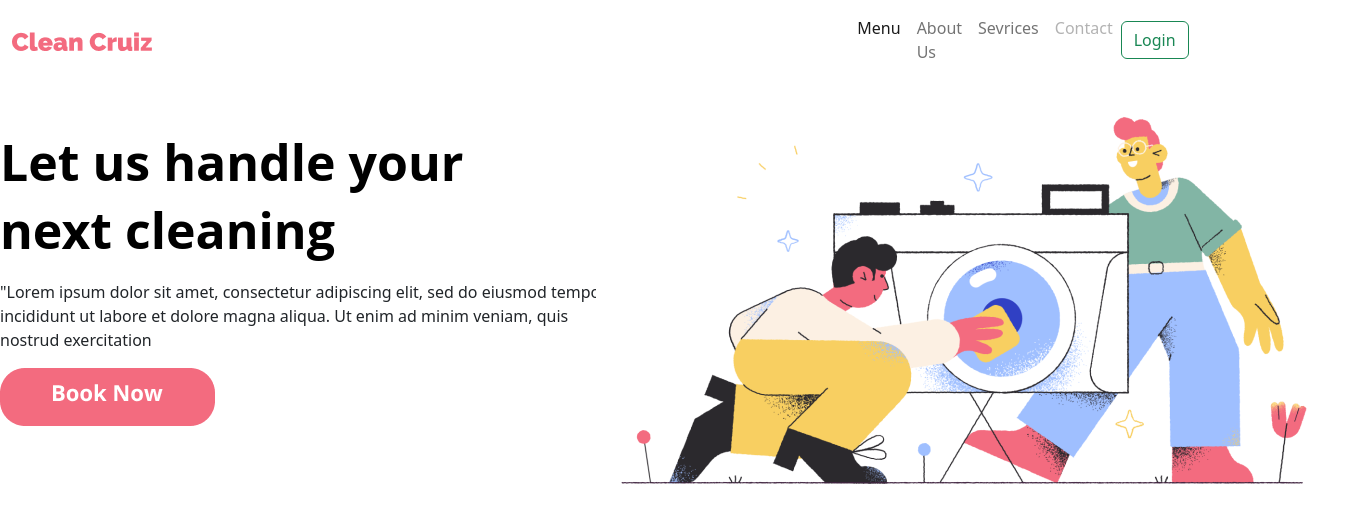
Repository: uy022/QuocUybaitapgiuaki
Page: index.html
An editor plug-in stored every save of this project. The page is shown before and after the next save, followed by the edit.
The browser window is 1280 px wide. The page is 1367 px wide, so the pictures cover 1367 px, including what lies to the right of the window. The pictures show the whole page.

Above is the page before, as saved 2022-08-30 23:23:58.

### index.html
<!DOCTYPE html>
<html>
    <head>
        <title> Bài tập giữa kỳ </title>
        <link href="node_modules/bootstrap/dist/css/bootstrap.min.css" rel="stylesheet" />
       <link rel="stylesheet" href="./css/style1.css">
    </head>
    <body>

        <div class="menu">
            <nav class="navbar navbar-expand-lg menu1">
                <div class="container-fluid">
                  <div class="col-md-8 logo">
                    <img src="./imgs/Clean Cruiz LOGO 1.png" alt="">
                  </div>
                  <button class="navbar-toggler" type="button" data-bs-toggle="collapse" data-bs-target="#navbarSupportedContent" aria-controls="navbarSupportedContent" aria-expanded="false" aria-label="Toggle navigation">
                    <span class="navbar-toggler-icon"></span>
                  </button>
                  <div class="collapse navbar-collapse" id="navbarSupportedContent">
                    <ul class="navbar-nav me-auto  mb-2 mb-lg-0">
                      <li class="nav-item">
                        <a class="nav-link active" aria-current="page" href="#">Menu</a>
                      </li>
                      <li class="nav-item">
                        <a class="nav-link" href="#">About Us</a>
                      </li>
                      <li class="nav-item">
                        <a class="nav-link" href="#">Sevrices</a>
                      </li>
                      <li class="nav-item">
                        <a class="nav-link disabled">Contact</a>
                      </li>
                    </ul>
                    <form class="d-flex col-5" >
                      <button class="btn btn-outline-success" type="submit">Login</button>
                    </form>
                  </div>
                </div>
              </nav>
        </div>


        <div class="content">
          <div class=" container1">
              <div class="title mt-5">
                <p>Let us handle your <br> next cleaning</p>
              </div>
              <div class="row">
                  <div class="col-6">
                      <div class="item">
                          <p>
                            "Lorem ipsum dolor sit amet, consectetur adipiscing elit, sed do eiusmod tempor incididunt ut labore et dolore magna aliqua. Ut enim ad minim veniam, quis nostrud exercitation
                          </p>
                          <div class="md-5">
                           <img src="./imgs/Book now.png" alt="">
                          </div>
                      </div>
                    </div>

                 <div class = "col-6">
                    <div class="anh" >
                        <img src="./imgs/Illustration 1 1.png" >
                    </div>
                 </div>
          </div>

        </div>




    </body>
    <script src="/node_modules/bootstrap/dist/js/bootstrap.min.js"> </script>
</html>

### css/style1.css
.title{
    font-family: 'Open Sans';
font-style: normal;
font-weight: 700;
font-size: 50px;
line-height: 68px;
color: #000000;
}
.fone{


    font-family: 'Open Sans';
    font-style: normal;
    font-weight: 300;
    font-size: 16px;
    line-height: 22px;

    color: #000000;


}
.anh{
    position: absolute;
width: 771px;
height: 439px;
left: 596px;
top: 84px;

background: url(Illustration 1.png);
}

Loaded but not shown: node_modules/bootstrap/dist/css/bootstrap.min.css (library); node_modules/bootstrap/dist/js/bootstrap.min.js (library)

After the next save:
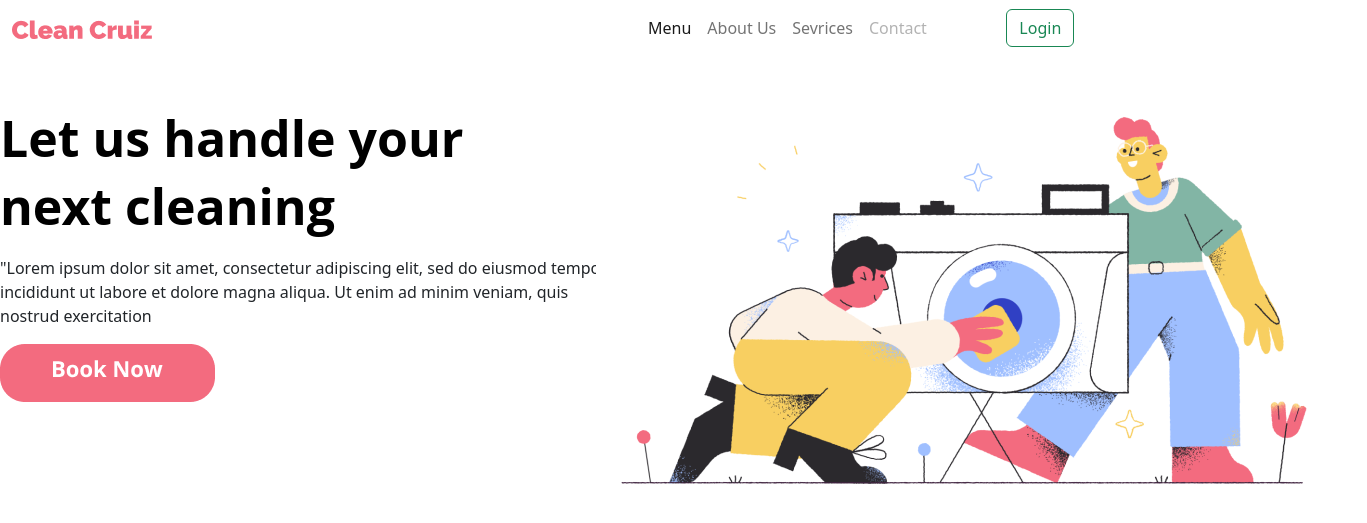
Saved 22 s later.
--- a/index.html
+++ b/index.html
@@ -10,7 +10,7 @@
         <div class="menu">
             <nav class="navbar navbar-expand-lg menu1">
                 <div class="container-fluid">
-                  <div class="col-md-8 logo">
+                  <div class="col-md-6 logo">
                     <img src="./imgs/Clean Cruiz LOGO 1.png" alt="">
                   </div>
                   <button class="navbar-toggler" type="button" data-bs-toggle="collapse" data-bs-target="#navbarSupportedContent" aria-controls="navbarSupportedContent" aria-expanded="false" aria-label="Toggle navigation">

After the save that followed:
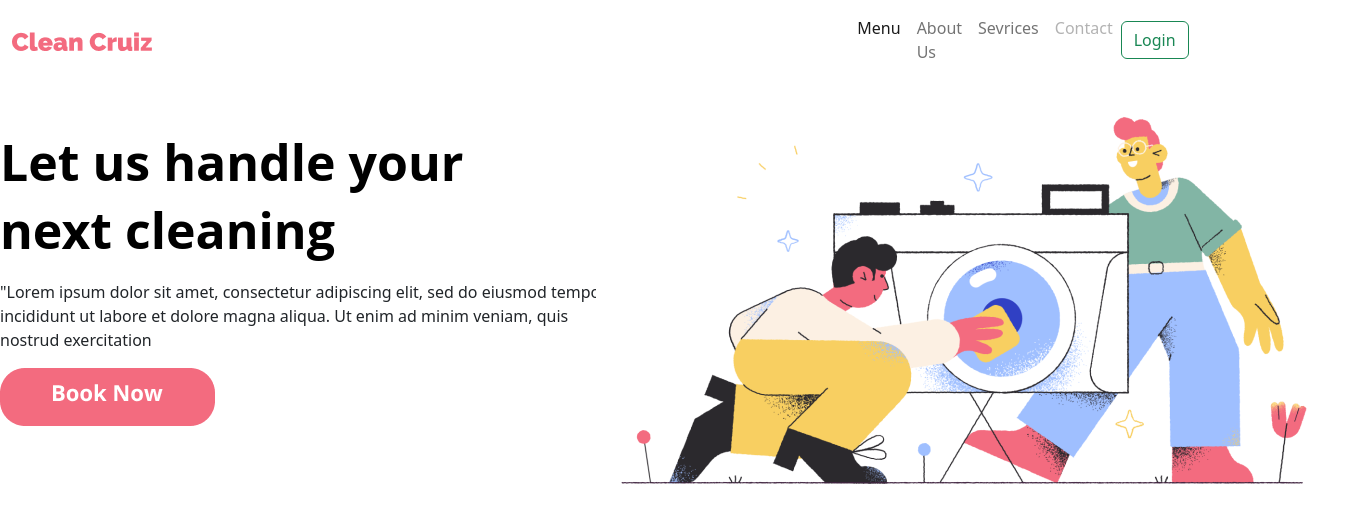
Saved 7 s later.
--- a/index.html
+++ b/index.html
@@ -10,7 +10,7 @@
         <div class="menu">
             <nav class="navbar navbar-expand-lg menu1">
                 <div class="container-fluid">
-                  <div class="col-md-6 logo">
+                  <div class="col-md-8 logo">
                     <img src="./imgs/Clean Cruiz LOGO 1.png" alt="">
                   </div>
                   <button class="navbar-toggler" type="button" data-bs-toggle="collapse" data-bs-target="#navbarSupportedContent" aria-controls="navbarSupportedContent" aria-expanded="false" aria-label="Toggle navigation">
